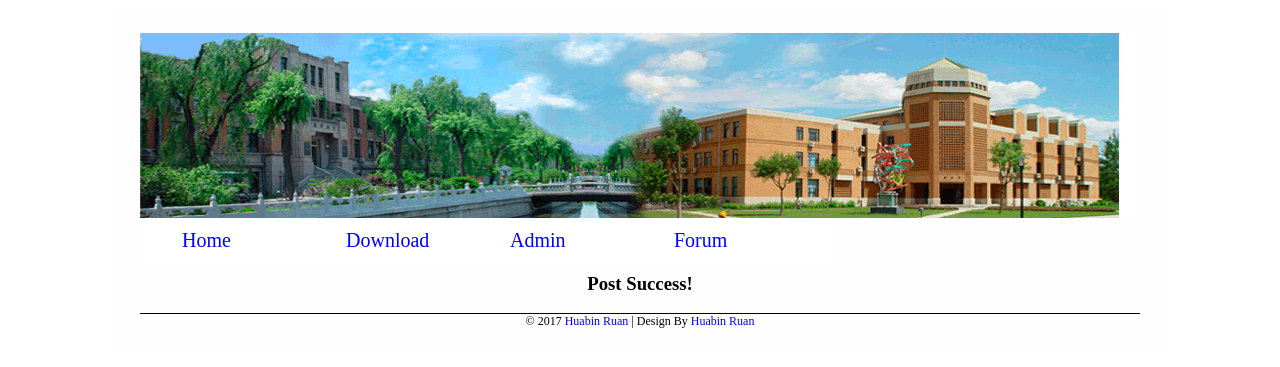
Repository: ruanhuabin/LifeSoftwareWebSite
Page: http://localhost/CryoEM/software_post_success.jsp
An editor plug-in stored every save of this project. The page is shown before and after a run of saves, followed by the edit.
The browser window is 1280 px wide. The pictures show the whole page.
The page is served by Tomcat 9. Nobody is signed in. The application's start-up code is not run. Other server files are loaded and not shown.

Above is the page before, as saved 2017-08-14 02:33:46.

### CryoEM/WebRoot/software_post_success.jsp
<%@ page language="java" import="java.util.*" pageEncoding="utf-8"%>
<%
String path = request.getContextPath();
String basePath = request.getScheme()+"://"+request.getServerName()+":"+request.getServerPort()+path+"/";
%>


<!DOCTYPE html PUBLIC "-//W3C//DTD XHTML 1.0 Transitional//EN" "http://www.w3.org/TR/xhtml1/DTD/xhtml1-transitional.dtd">
<html xmlns="http://www.w3.org/1999/xhtml">
<head>
<meta http-equiv="Content-Type" content="text/html; charset=utf-8" />
<link href="<%=basePath%>/style.css" rel="stylesheet" type="text/css" />
</head>
<body>


<div id="main-container">
<div id="header"></div>
<div id="navigation">
	<ul>
		<li><a href="<%=path%>/index.jsp">Home</font></a></li>
		<li><a href="<%=path%>/user/User_listSoftware.action">Download</a></li>
		<li><a href="<%=path%>/post/Admin_toAdmin.action">Admin</a></li>
		<li><a href="http://10.10.32.133/qa">Forum</a></li>
	</ul>
</div>
<script type="text/javascript">
		var index_plist = {
			obj : document.getElementById("navigation")
					.getElementsByTagName("li"),
			currObj : null,
			init : function() {
				for (i = 0; i < index_plist.obj.length; i++) {
					eval("index_plist.obj[i].getElementsByTagName('a')[0].onclick=function(){this.className='curr';if(index_plist.currObj){index_plist.currObj.className=''}index_plist.currObj=this}");
				}
			}
		};
		index_plist.init();
</script>


<br/>
<br/>

 <h3 align="center">
	 Post Success!
 </h3>


<div id="footer">&copy; 2017 <a href="mailto:ruanhuabin@tsinghua.edu.cn">Huabin Ruan</a> | Design By <a href="#">Huabin Ruan</a> </div>
</div>


</body>
</html>

### CryoEM/WebRoot/style.css
#header {height:185px; width:100%;background-image: url(images/banner.png);background-repeat: no-repeat; background-color:white;}
body
{
	background-color:white;
	font-family: "Times New Roman",Georgia,Serif
}
#footer {
	width:100%;
	border-top:  #000000 1px solid;
	text-align:center;
	font-size:12px;
	}


.form-div {
    /* border: 1px solid black; */
    margin-top: 50px;
    margin-bottom: 100px;
    margin-right: 150px;
    margin-left: 80px;
    background-color: white;
}

#admin-login-form {

   /*  margin-top: 50px;
    margin-bottom: 100px;
    margin-right: 150px;
    margin-left: 200px;
    background-color: white; */
    align: center

}



#content-div {
   /*  border: 1px solid black; */
    margin-top: 40px;
    margin-bottom: 100px;
    margin-right: 150px;
    margin-left: 0px;
    background-color: white;
}


#main-container {
	width:1000px;
	/* width:80% */
	border: #000000 0px solid;
	margin: 0 auto;
 	background-color:#FEFEFE;
   /*  background-color:white; */

    clear:both;
	/* padding:25px 100px; */
	padding:25px
	}

#leftbar {
	float:left;
	width:800px;
	border-right:1px solid #BCBDBC;
}

#rightbar {
	float:left;
	width:200px;
}

a
{
	text-decoration: none;
	color:blue;
}

a:hover
{
	color:red;
}
a:visited
{
	color: blue;
}

ul {margin-left: 0; padding-left: 40px;}
/* li {margin-left: 0; padding-left: 50px;} */

#navigation{list-style:none; text-align:left; font-size:20px; background:white; float:left}
#navigation li{width:160px; height:20px; line-height:0px; float:left; margin:2px; list-style:none;}
#navigation a{height:100%; display:block; text-decoration:none}
#navigation .curr{background:url(sub/images/nav_on.png); color:red;}

After the next 2 saves:
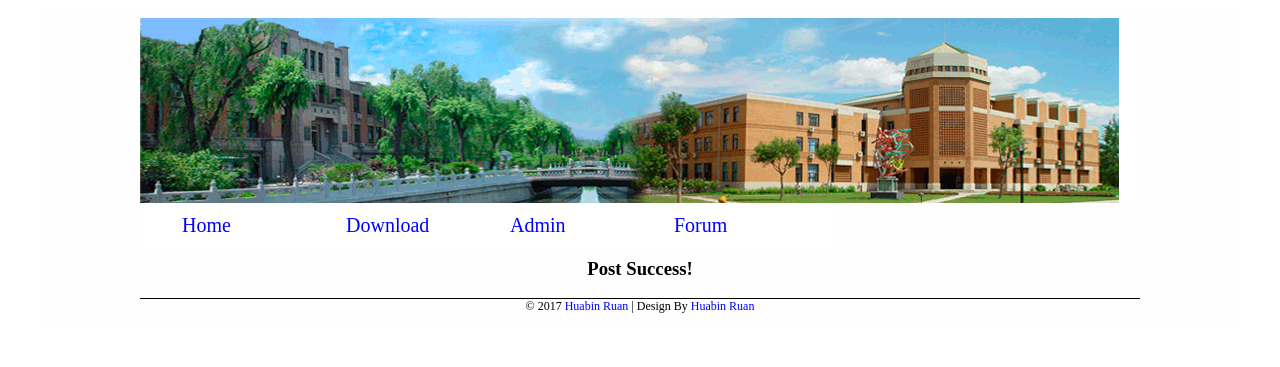
The 2 saves are shown as one change because they came seconds apart.
The last was saved 14 s later.
--- a/CryoEM/WebRoot/style.css
+++ b/CryoEM/WebRoot/style.css
@@ -54,7 +54,7 @@ body
 
     clear:both;
 	/* padding:25px 100px; */
-	padding:25px
+	padding:10px 100px
 	}
 
 #leftbar {
